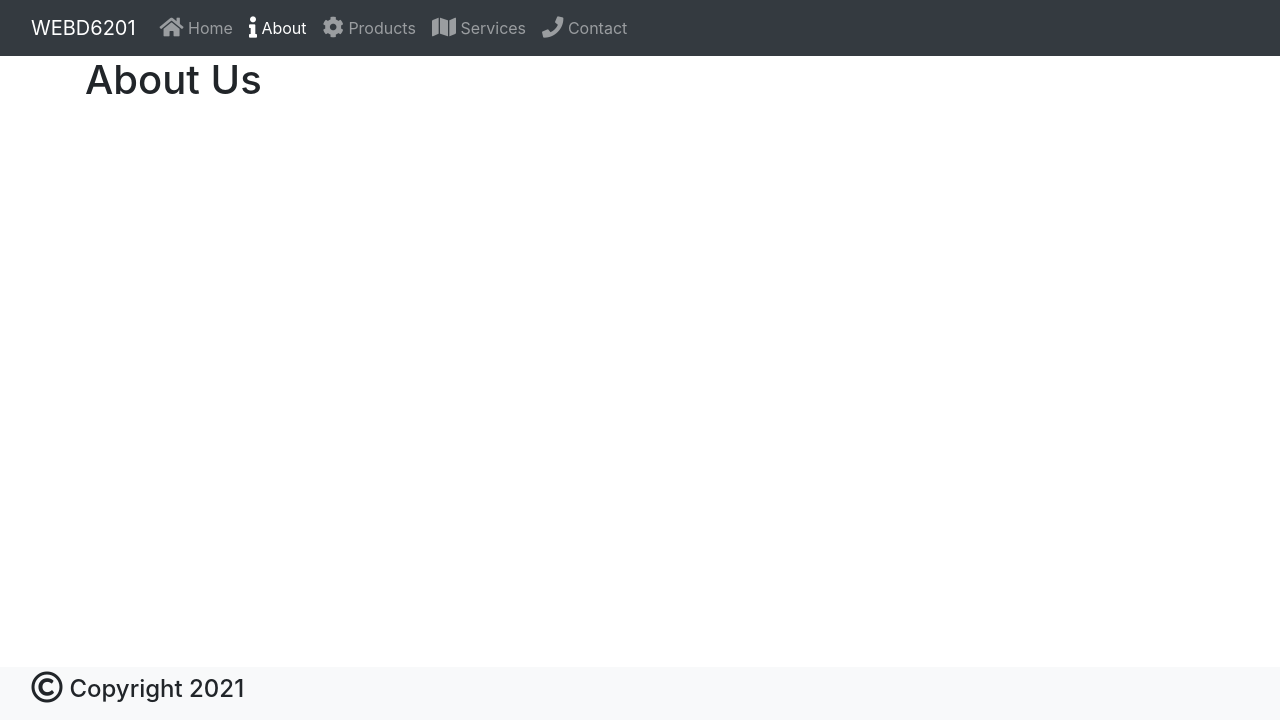
Repository: aaron33aaron/WEBD6201-W2021
Page: about.html
The author's editor kept a copy of each file at every save. The page is drawn from the files as they stood at one save, then again after the next save.
The browser window is 1280 px wide. The pictures show the whole page.

Above is the page before, as saved 2021-01-22 20:11:36.
Console error: TypeError: Cannot set properties of null (setting 'textContent')

After the next save:
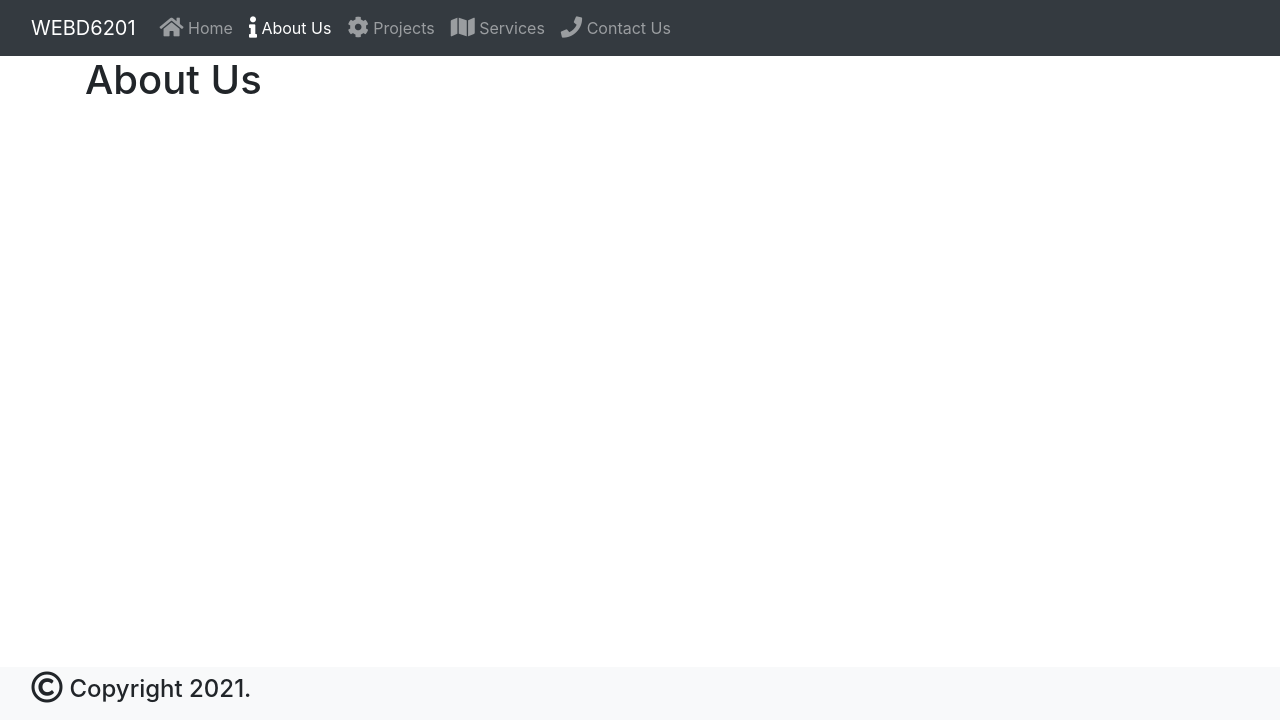
Saved 49 s later.
--- a/about.html
+++ b/about.html
@@ -10,65 +10,63 @@
     <meta charset="UTF-8">
     <meta name="viewport" content="width=device-width, initial-scale=1.0">
     <title>About</title>
-
-
     <!-- CSS Section -->
     <link rel="stylesheet" href="./node_modules/bootstrap/dist/css/bootstrap.min.css">
-    <link rel="stylesheet" href="./node_modules/@fortawesome//fontawesome-free/css/all.min.css">
+    <link rel="stylesheet" href="./node_modules/@fortawesome/fontawesome-free/css/all.min.css">
     <link rel="stylesheet" href="./Content/app.css">
 </head>
 <body>
-    <!-- Main navigation section -->
+    <!-- Main Header -->
     <header>
-        <nav class="navbar navbar-expand-lg navbar-dark bg-dark justify-content-end">
+        <!-- Main Navigation section -->
+        <nav class="navbar navbar-expand-lg navbar-dark bg-dark">
             <div class="container-fluid">
               <a class="navbar-brand" href="index.html">WEBD6201</a>
               <button class="navbar-toggler" type="button" data-bs-toggle="collapse" data-bs-target="#navbarSupportedContent" aria-controls="navbarSupportedContent" aria-expanded="false" aria-label="Toggle navigation">
                 <span class="navbar-toggler-icon"></span>
               </button>
               <div class="collapse navbar-collapse" id="navbarSupportedContent">
-
-                <ul class="navbar-nav">
-
+                <ul class="navbar-nav me-auto mb-2 mb-lg-0">
                   <li class="nav-item">
-                    <a id="home" class="nav-link" aria-current="page" href="index.html"><i class="fas fa-home fa-lg"></i> Home</a>
+                    <a class="nav-link" aria-current="page" href="index.html"><i class="fas fa-home fa-lg"></i> Home</a>
                   </li>
 
                   <li class="nav-item">
-                    <a id="about" class="nav-link active" href="about.html"><i class="fas fa-info fa-lg"></i> About</a>
+                    <a class="nav-link active" aria-current="page" href="about.html"><i class="fas fa-info fa-lg"></i> About Us</a>
                   </li>
 
                   <li class="nav-item">
-                    <a id="products" class="nav-link" href="products.html"><i class="fas fa-cog fa-lg"></i> Products</a>
+                    <a class="nav-link" aria-current="page" href="projects.html"><i class="fas fa-cog fa-lg"></i> Projects</a>
                   </li>
 
                   <li class="nav-item">
-                    <a id="services" class="nav-link" href="services.html"><i class="fas fa-map fa-lg"></i> Services</a>
+                    <a class="nav-link" aria-current="page" href="services.html"><i class="fas fa-map fa-lg"></i> Services</a>
                   </li>
 
                   <li class="nav-item">
-                    <a id="contact" class="nav-link" href="contact.html"><i class="fas fa-phone fa-lg"></i> Contact</a>
+                    <a class="nav-link" aria-current="page" href="contact.html"><i class="fas fa-phone fa-lg"></i> Contact Us</a>
                   </li>
-
                 </ul>
               </div>
             </div>
           </nav>
     </header>
 
+    <!-- Main Content -->
     <main class="container">
         <h1>About Us</h1>
     </main>
 
+    <!-- Main Footer -->
     <footer>
         <nav class="navbar fixed-bottom navbar-light bg-light">
             <div class="container-fluid">
-              <h4><i class="far fa-copyright fa-lg"></i> Copyright 2021</h4>
+              <h4><i class="far fa-copyright fa-lg"></i> Copyright 2021.</h4>
             </div>
           </nav>
     </footer>
 
-    <!-- JavaScript Section -->
+    <!-- Script Section-->
     <script src="./node_modules/jquery/dist/jquery.min.js"></script>
     <script src="./node_modules/bootstrap/dist/js/bootstrap.bundle.min.js"></script>
     <script src="./Scripts/app.js"></script>
